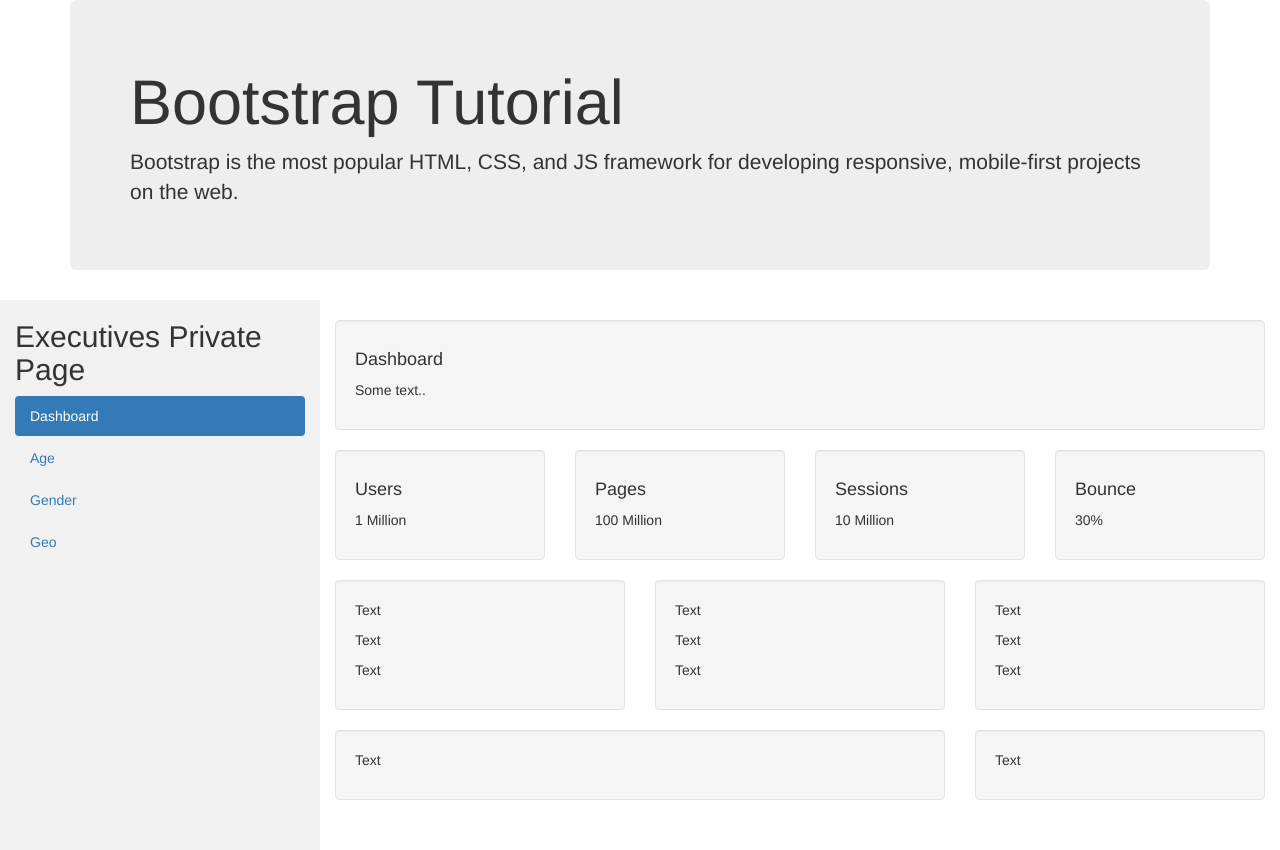
Repository: as2019a/spring
Page: http://localhost/ch19_project_mavenwebsite/WEB-INF/views/executives/maps.jsp
These files come from the project's save history. The page is drawn as it stood at one moment and after the next save; the edit follows.
The browser window is 1280 px wide. The pictures show the whole page.
Some web libraries are served in a nearby version. The page is served by Tomcat 9. Nobody is signed in. The template is opened directly, without the code that normally fills it, so the values that code supplies are empty.

Above is the page before, as saved 2019-01-29 08:40:07.

After the next save:
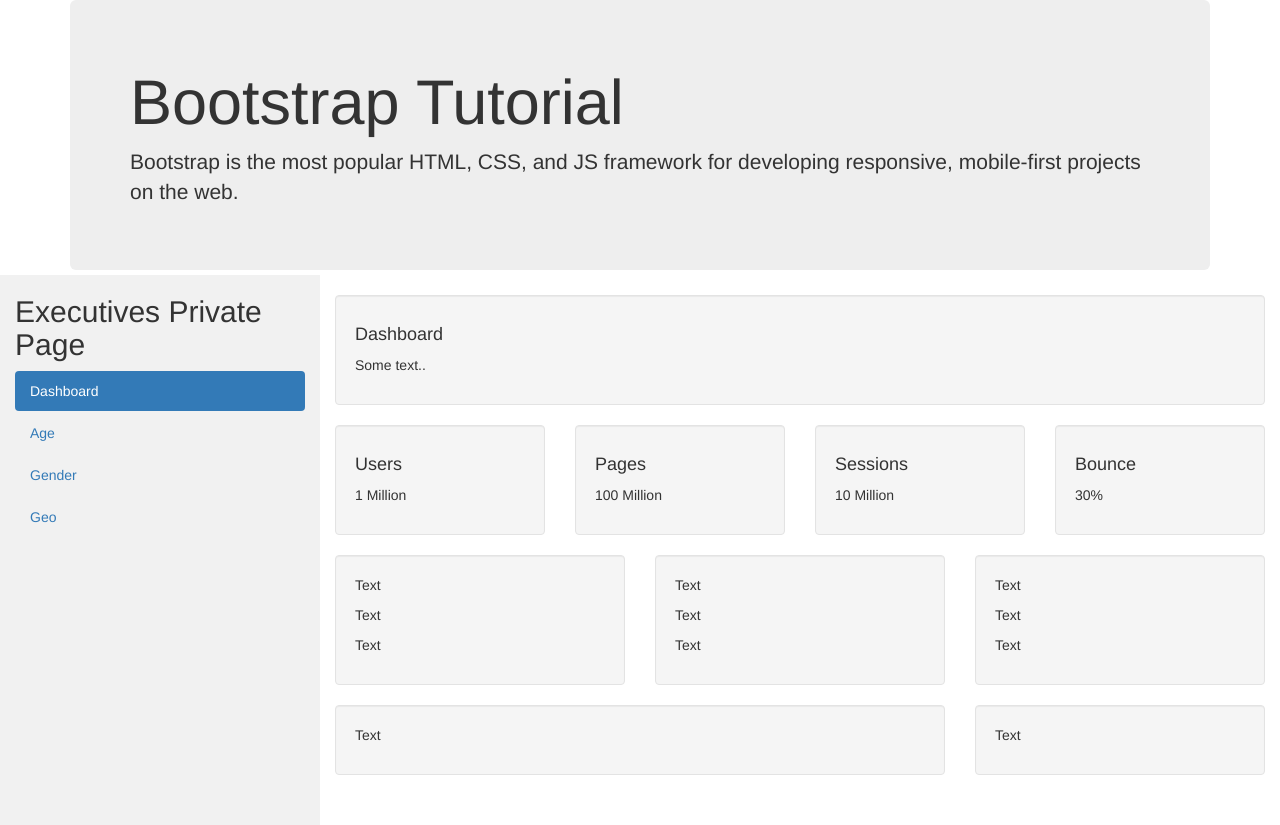
Saved 22 s later.
--- a/ch19_project_mavenwebsite/src/main/webapp/WEB-INF/views/executives/maps.jsp
+++ b/ch19_project_mavenwebsite/src/main/webapp/WEB-INF/views/executives/maps.jsp
@@ -11,6 +11,10 @@
 <link href="https://maxcdn.bootstrapcdn.com/bootstrap/3.3.2/css/bootstrap.min.css" rel="stylesheet">
 <link rel="stylesheet" href="https://use.fontawesome.com/releases/v5.5.0/css/all.css">
 <style>
+	.jumbotron{
+		margin-bottom: 5px;
+	}
+
     /* Set height of the grid so .sidenav can be 100% (adjust as needed) */
     .row.content {height: 550px}
 
